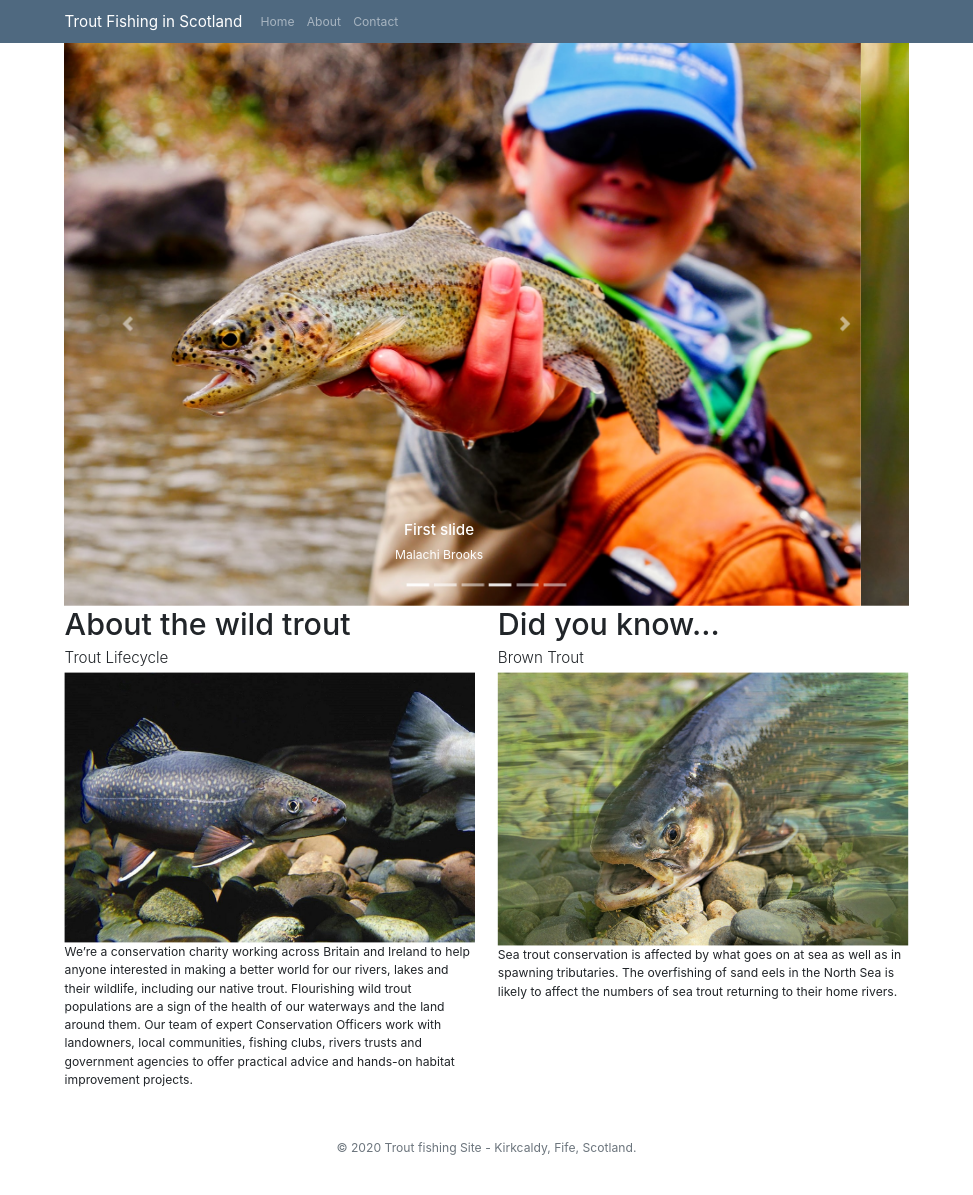
Repository: adrian9211/College_project
Page: about.html
These files come from the project's save history. The page is drawn as it stood at one moment and after a run of saves; the edit follows.
The browser window is 1280 px wide. The pictures show the whole page, at 76% of full size.

Above is the page before, as saved 2020-11-04 10:20:39.

### about.html
<!doctype html>
<html lang="en">
  <head>
    <!-- Required meta tags -->
    <meta charset="utf-8">
    <meta name="viewport" content="width=device-width, initial-scale=1, shrink-to-fit=no">

    <!-- Bootstrap CSS -->
    <link rel="stylesheet" href="https://cdn.jsdelivr.net/npm/bootstrap@4.5.3/dist/css/bootstrap.min.css" integrity="sha384-TX8t27EcRE3e/ihU7zmQxVncDAy5uIKz4rEkgIXeMed4M0jlfIDPvg6uqKI2xXr2" crossorigin="anonymous">
    <link rel="stylesheet" href="css/style.css">

    <title>Trout fishing in Scotland</title>
  </head>
  <body>
       <!-- Navigation  bar start -->
       <nav class="navbar navbar-expand-sm navbar-dark sticky-top" role="navigation" id="navbar2" style="background-color: #4F6980;">
        <div class="container">
          <a href="index.html"><span class="navbar-brand">Trout Fishing in Scotland</span></a>
          <button class="navbar-toggler" data-toggle="collapse" data-target="#collapse_target">
            <span class="navbar-toggler-icon"></span>
          </button>
          <div class="collapse navbar-collapse" id="collapse_target">
          <ul class="navbar-nav " >
            <li class="nav-item ">
              <a class="nav-link " href="index.html">Home </a>
            </li>
            <li class="nav-item active` ">
              <a class="nav-link " href="about.html">About</a>
            </li>
            <li class="nav-item ">
              <a class="nav-link " href="contact.html">Contact</a>
            </li>
          </ul>
        </div>
      </div>
      </nav>
      <!-- Navigation  bar end -->
      <!-- Carousel effect start -->
      <div class="container ">
      <div id="carouselExampleIndicators" class="carousel slide" data-ride="carousel">
        <ol class="carousel-indicators">
          <li data-target="#carouselExampleIndicators" data-slide-to="0" class="active"></li>
          <li data-target="#carouselExampleIndicators" data-slide-to="1"></li>
          <li data-target="#carouselExampleIndicators" data-slide-to="2"></li>
          <li data-target="#carouselExampleIndicators" data-slide-to="3" class="active"></li>
          <li data-target="#carouselExampleIndicators" data-slide-to="4"></li>
          <li data-target="#carouselExampleIndicators" data-slide-to="5"></li>
        </ol>
        <div class="carousel-inner">
          <div class="carousel-item active">
            <img src="img/large/malachi-brooks-F26bq3Zv9p0-unsplash.jpg" class="d-block w-100" alt="...">
            <div class="carousel-caption d-none d-md-block">
              <h5>First slide</h5>
              <p>Malachi Brooks</p>
            </div>
          </div>
          <div class="carousel-item">
            <img src="img/large/malachi-brooks-C0NKHxH_tyc-unsplash.jpg" class="d-block w-100" alt="...">
            <div class="carousel-caption d-none d-md-block">
              <h5>Second slide</h5>
              <p>Malachi Brooks</p>
            </div>
          </div>
          <div class="carousel-item">
            <img src="img//large/brady-rogers-VEzT9rrXv8M-unsplash.jpg" class="d-block w-100" alt="...">
            <div class="carousel-caption d-none d-md-block">
              <h5>Third slide</h5>
              <p>Brandy Rogers</p>
            </div>
          </div>
          <div class="carousel-item">
            <img src="img/large/hunter-brumels-i1aaOj95ZFk-unsplash.jpg" class="d-block w-100" alt="...">
            <div class="carousel-caption d-none d-md-block">
              <h5>Fourth slide</h5>
              <p>Hunter Brumels</p>
            </div>
          </div>
          <div class="carousel-item">
            <img src="img/large/rick-wallace-dYfRP9JVHiM-unsplash.jpg" class="d-block w-100" alt="...">
            <div class="carousel-caption d-none d-md-block">
              <h5>Fifth slide</h5>
              <p>Rick Wallace</p>
            </div>
          </div>
          <div class="carousel-item">
            <img src="img/large/fish-2650625_1280.jpg" class="d-block w-100" alt="...">
            <div class="carousel-caption d-none d-md-block">
              <h5>Sixth slide</h5>
              <p>Brown Trout</p>
            </div>
          </div>
        </div>
        <a class="carousel-control-prev" href="#carouselExampleIndicators" role="button" data-slide="prev">
          <span class="carousel-control-prev-icon" aria-hidden="true"></span>
          <span class="sr-only">Previous</span>
        </a>
        <a class="carousel-control-next" href="#carouselExampleIndicators" role="button" data-slide="next">
          <span class="carousel-control-next-icon" aria-hidden="true"></span>
          <span class="sr-only">Next</span>
        </a>
      </div>
    </div>

      <!-- Carousel effect end -->
    <!-- Main section start -->
    <div class="container">
      <div class="row">
        <div class="col-sm-6">
          <h1>
            About the wild trout
          </h1>
          <h4 class="lead">Trout Lifecycle</h4>
          <img src="img/large/eastern-brook-trout-959629_1280.jpg" alt="angler" class="img-fluid">
          <p>We’re a conservation charity working across Britain and Ireland to help anyone interested in making a better world for our rivers, lakes and their wildlife, including our native trout. Flourishing wild trout populations are a sign of the health of our waterways and the land around them. Our team of expert Conservation Officers work with landowners, local communities, fishing clubs, rivers trusts and government agencies to offer practical advice and hands-on habitat improvement projects. </p>
        </div>
        <div class="col-sm-6">
          <h1>
            Did you know...
          </h1>
          <h4 class="lead">Brown Trout</h4>
          <img src="img/large/char-585705_1280.jpg" alt="angler" class="img-fluid">
          <p>Sea trout conservation is affected by what goes on at sea as well as in spawning tributaries. The overfishing of sand eels in the North Sea is likely to affect the numbers of sea trout returning to their home rivers.</p>
        </div>
      </div>
    </div>
    <!-- Main section end -->

    <footer class="footer text-center">
      <div class="container">

      <span class="text-muted">&copy; 2020 Trout fishing Site - Kirkcaldy, Fife, Scotland.</span>
      </div>
     </footer>

    <!-- Scripts for bootstrap -->
    <script src="https://code.jquery.com/jquery-3.5.1.slim.min.js" integrity="sha384-DfXdz2htPH0lsSSs5nCTpuj/zy4C+OGpamoFVy38MVBnE+IbbVYUew+OrCXaRkfj" crossorigin="anonymous"></script>
    <script src="https://cdn.jsdelivr.net/npm/bootstrap@4.5.3/dist/js/bootstrap.bundle.min.js" integrity="sha384-ho+j7jyWK8fNQe+A12Hb8AhRq26LrZ/JpcUGGOn+Y7RsweNrtN/tE3MoK7ZeZDyx" crossorigin="anonymous"></script>
  </body>
</html>

### css/style.css
.jumbotron {
    background-image: url("../img/trout.png");
    background-color: #79b3e6;
    background-size: cover;
    height: 40vh;
}

.alt {
    position: relative;
    top: -50px;
    color: #fff;
}

.navbar-text {
    font-size: 1.5rem;
    padding-right: 100px;
}

.customFooter {
    padding-top: 50px;
}

footer {
    padding-bottom: 50px;
    padding-top: 50px;
}

.contactMainHeading img {
    background-image: cover;

}
{
    height: 200px;
}

After the next 2 saves:
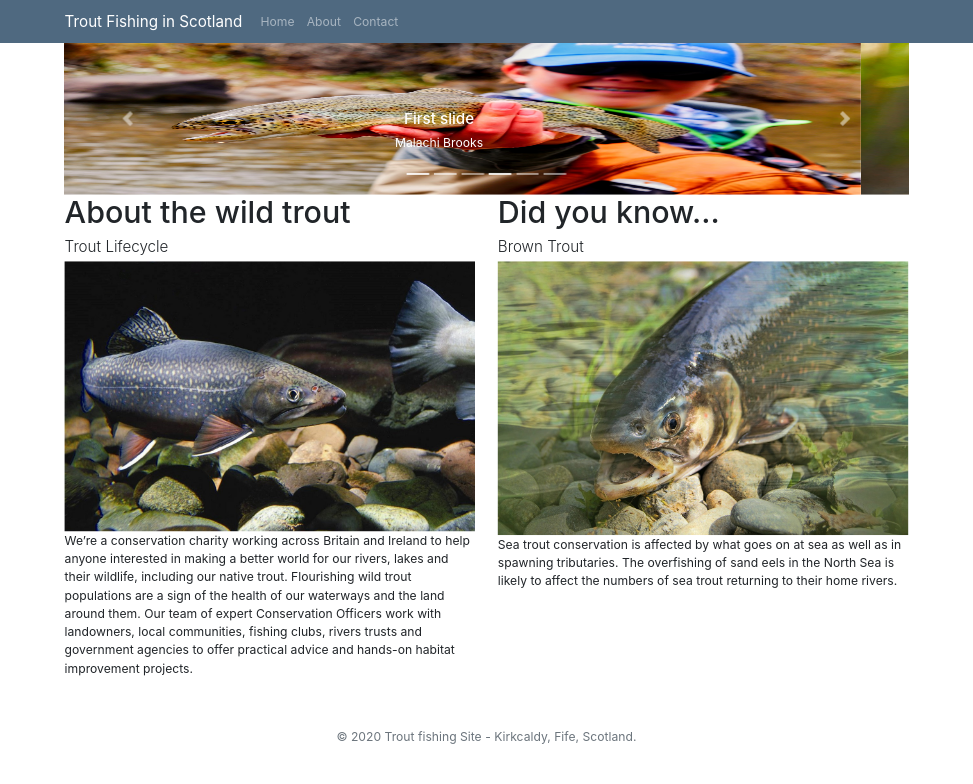
The 2 saves are shown as one change because they came seconds apart.
The last was saved 7 s later.
--- a/css/style.css
+++ b/css/style.css
@@ -29,6 +29,6 @@ footer {
     background-image: cover;
 
 }
-{
+.carousel img{
     height: 200px;
 }
